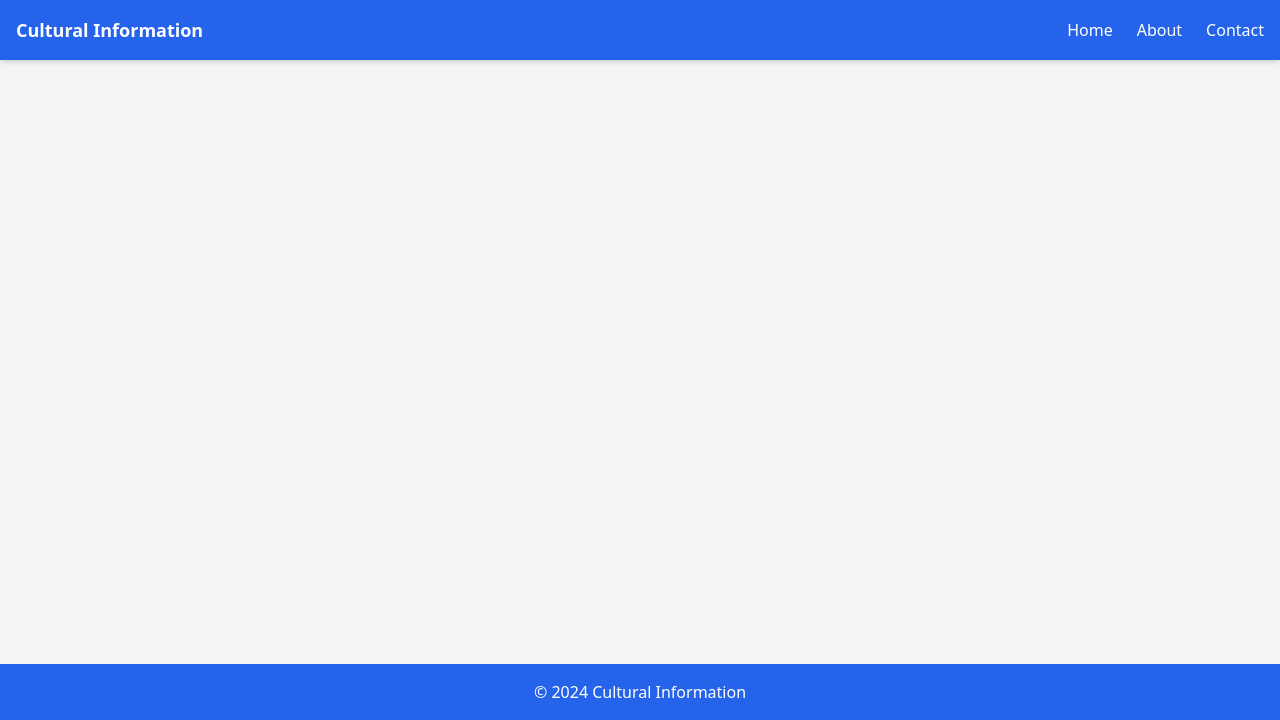
Repository: SmanSayeed/culture
Page: /
These files come from the project's save history. The page is drawn as it stood at one moment and after the next save; the edit follows.
The browser window is 1280 px wide. The pictures show the whole page.
The project was rebuilt for these pictures with package versions that can differ from the ones it lists, and the page was loaded fresh each time. The framework's server and built-in components were replaced by stand-ins that run in the browser. Also part of the build but not shown: next.config.ts, vite.config.ts.

Above is the page before, as saved 2024-10-30 14:48:36.

### src/app/layout.tsx
import type { Metadata } from "next";
import localFont from "next/font/local";
import "./globals.css";
import Layout from "@/components/Layout/Layout";

const geistSans = localFont({
  src: "./fonts/GeistVF.woff",
  variable: "--font-geist-sans",
  weight: "100 900",
});
const geistMono = localFont({
  src: "./fonts/GeistMonoVF.woff",
  variable: "--font-geist-mono",
  weight: "100 900",
});

export const metadata: Metadata = {
  title: "Create Next App",
  description: "Generated by create next app",
};

export default function RootLayout({
  children,
}: Readonly<{
  children: React.ReactNode;
}>) {
  return (
    <html lang="en">
      <body
        className={`${geistSans.variable} ${geistMono.variable} antialiased`}
      >
        <Layout>
        {children}
        </Layout>

      </body>
    </html>
  );
}

### src/components/Layout/Layout.tsx
'use client'
import React, { useState } from 'react';

import Footer from './Footer';
import Header from './Header';

interface LayoutProps {
  children: React.ReactNode;
}

const Layout: React.FC<LayoutProps> = ({ children }) => {

  return (
    <div className="flex flex-col min-h-screen bg-gray-100 text-gray-900">
     <Header/>

      {/* Main Content */}
      <main className="flex-grow container mx-auto px-4 py-8">{children}</main>
<Footer/>
    </div>
  );
};

export default Layout;

### src/components/Layout/Footer.tsx
import { siteInfo } from '@/utils/siteInfo'
import React from 'react'

type Props = {}

export default function Footer({}: Props) {
  return (
    <>
      {/* Footer */}
      <footer className="bg-blue-600 text-white py-4 text-center">
        <p>&copy; {new Date().getFullYear()} {siteInfo.siteTitle}</p>
      </footer>
    </>
  )
}

### src/components/Layout/Header.tsx
'use client'
import React, { useState } from 'react'
import Link from 'next/link';
import { siteInfo } from '@/utils/siteInfo';
type Props = {}

export default function Header({}: Props) {

  const [drawerOpen, setDrawerOpen] = useState(false);
  return (
    <>
         {/* Header */}
      <header className="bg-blue-600 text-white shadow-md">
        <div className="container mx-auto px-4 py-4 flex justify-between items-center">
          <h1 className="text-lg font-semibold">{siteInfo.siteTitle}</h1>

          {/* Navigation for Desktop */}
          <nav className="hidden md:flex space-x-6">
            <Link href="/" className="hover:text-blue-300">Home</Link>
            <Link href="/about" className="hover:text-blue-300">About</Link>
            <Link href="/contact" className="hover:text-blue-300">Contact</Link>
          </nav>

          {/* Hamburger Menu for Mobile */}
          <button
            className="md:hidden text-white focus:outline-none"
            onClick={() => setDrawerOpen(true)}
          >
            <svg
              className="w-6 h-6"
              fill="none"
              stroke="currentColor"
              viewBox="0 0 24 24"
              xmlns="http://www.w3.org/2000/svg"
            >
              <path strokeLinecap="round" strokeLinejoin="round" strokeWidth={2} d="M4 6h16M4 12h16M4 18h16" />
            </svg>
          </button>
        </div>
      </header>

      {/* Side Drawer for Mobile */}
      <div
        className={`fixed inset-0 bg-gray-800 bg-opacity-50 z-10 transition-opacity ${
          drawerOpen ? 'opacity-100 pointer-events-auto' : 'opacity-0 pointer-events-none'
        }`}
        onClick={() => setDrawerOpen(false)}
      ></div>
      <div
        className={`fixed top-0 left-0 h-full bg-white w-64 z-20 transform transition-transform ${
          drawerOpen ? 'translate-x-0' : '-translate-x-full'
        }`}
      >
        <div className="flex justify-between items-center px-4 py-4 bg-blue-600 text-white">
          <h2 className="text-lg font-semibold">Menu</h2>
          <button
            className="text-white focus:outline-none"
            onClick={() => setDrawerOpen(false)}
          >
            <svg
              className="w-6 h-6"
              fill="none"
              stroke="currentColor"
              viewBox="0 0 24 24"
              xmlns="http://www.w3.org/2000/svg"
            >
              <path strokeLinecap="round" strokeLinejoin="round" strokeWidth={2} d="M6 18L18 6M6 6l12 12" />
            </svg>
          </button>
        </div>
        <nav className="flex flex-col p-4 space-y-4">
          <Link href="/" className="hover:bg-gray-100 p-2 rounded" onClick={() => setDrawerOpen(false)}>Home</Link>
          <Link href="/about" className="hover:bg-gray-100 p-2 rounded" onClick={() => setDrawerOpen(false)}>About</Link>
          <Link href="/contact" className="hover:bg-gray-100 p-2 rounded" onClick={() => setDrawerOpen(false)}>Contact</Link>
        </nav>
      </div>
    </>
  )
}

### src/utils/siteInfo.ts
export const siteInfo={
    siteTitle:"Cultural Information",
}

Loaded but not shown: src/app/page.tsx (common file); src/app/globals.css (common file); tailwind.config.ts (common file)

After the next save:
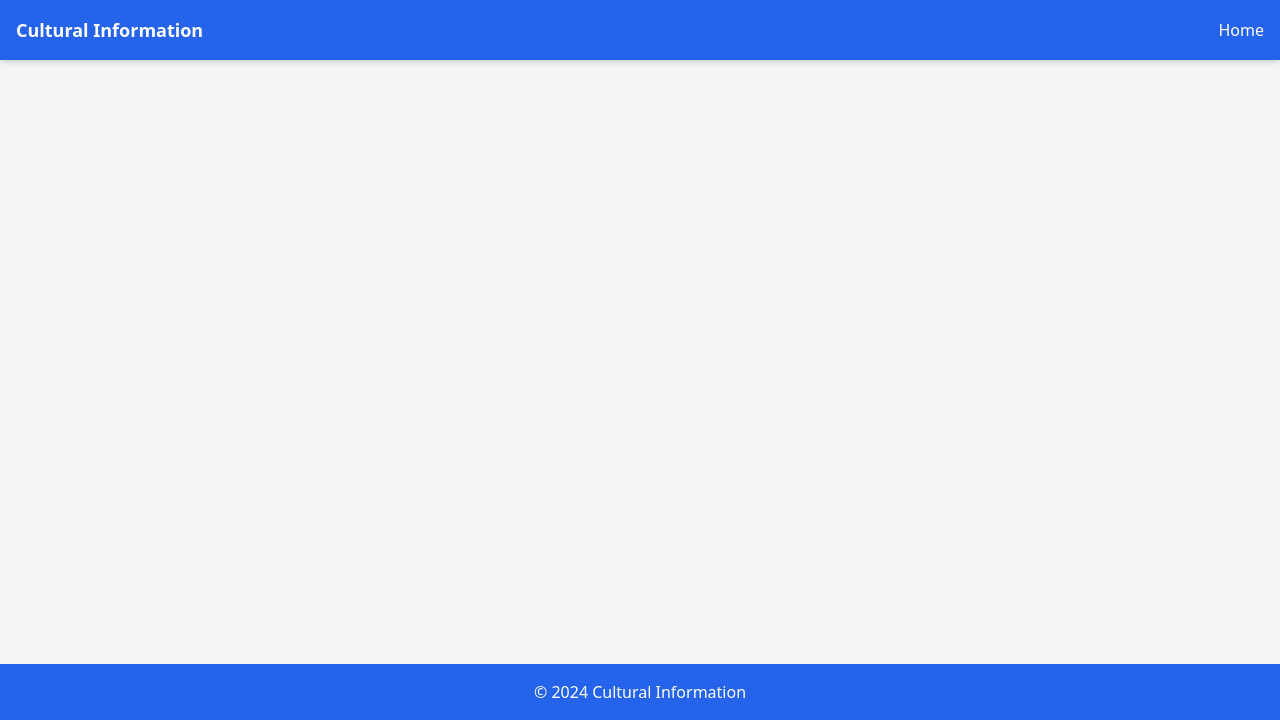
Saved 19 s later.
--- a/src/components/Layout/Header.tsx
+++ b/src/components/Layout/Header.tsx
@@ -17,8 +17,6 @@ export default function Header({}: Props) {
           {/* Navigation for Desktop */}
           <nav className="hidden md:flex space-x-6">
             <Link href="/" className="hover:text-blue-300">Home</Link>
-            <Link href="/about" className="hover:text-blue-300">About</Link>
-            <Link href="/contact" className="hover:text-blue-300">Contact</Link>
           </nav>
 
           {/* Hamburger Menu for Mobile */}
